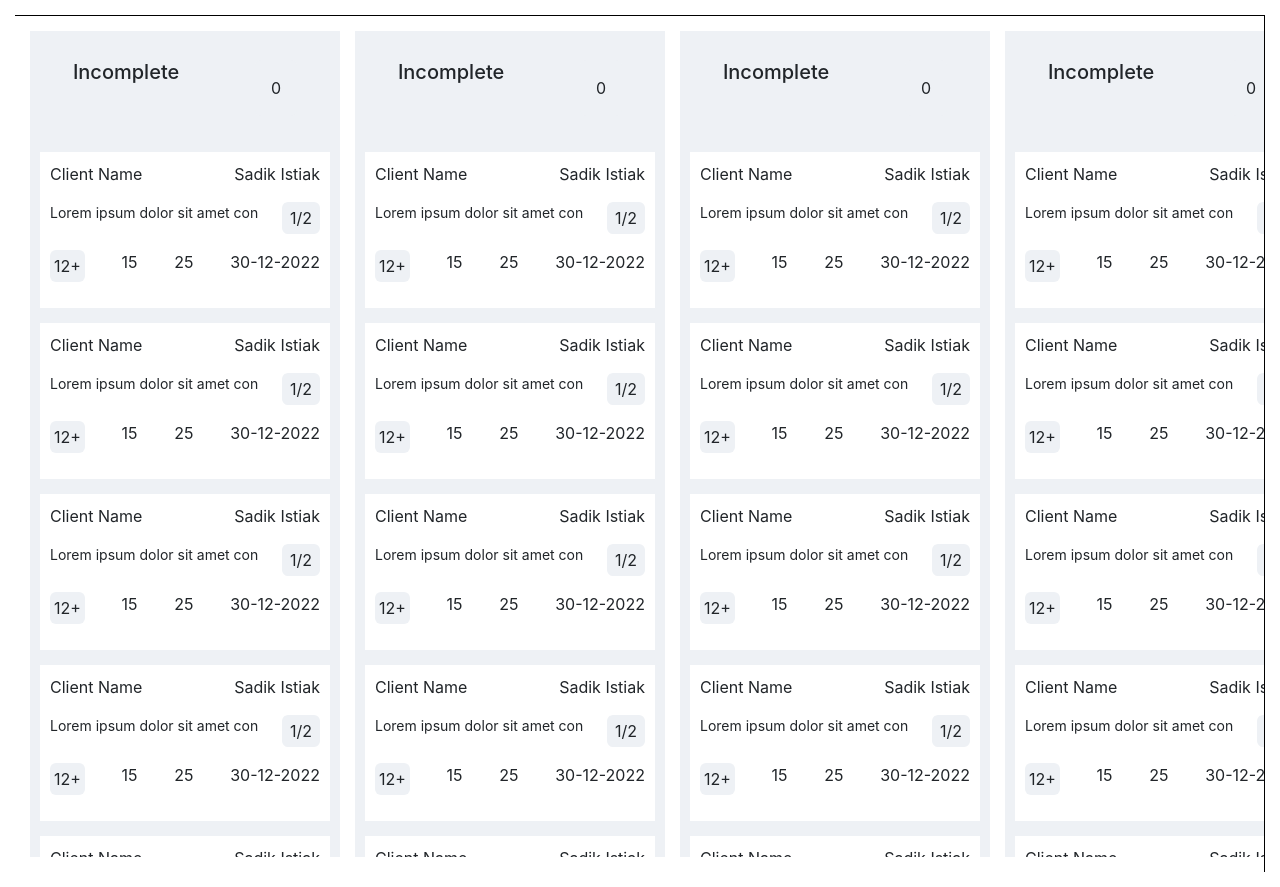
Repository: Sharif-00112/dashboard-task-frontend
Page: /
An editor plug-in stored every save of this project. The page is shown before and after the next save, followed by the edit.
The browser window is 1280 px wide. The pictures show the whole page.
The project was rebuilt for these pictures with package versions that can differ from the ones it lists, and the page was loaded fresh each time.

Above is the page before, as saved 2023-01-29 20:06:29.

### public/index.html
<!DOCTYPE html>
<html lang="en">
  <head>
    <meta charset="utf-8" />
    <link rel="icon" href="%PUBLIC_URL%/favicon.ico" />
    <meta name="viewport" content="width=device-width, initial-scale=1" />
    <meta name="theme-color" content="#000000" />
    <meta
      name="description"
      content="Web site created using create-react-app"
    />
    <!-- <script src="https://kit.fontawesome.com/eb9242a349.js" crossorigin="anonymous"></script>
    <link rel="stylesheet" href="https://kit.fontawesome.com/eb9242a349.css" crossorigin="anonymous"> -->

    <link rel="apple-touch-icon" href="%PUBLIC_URL%/logo192.png" />
    <!--
      manifest.json provides metadata used when your web app is installed on a
      user's mobile device or desktop. See https://developers.google.com/web/fundamentals/web-app-manifest/
    -->
    <link rel="manifest" href="%PUBLIC_URL%/manifest.json" />
    <!--
      Notice the use of %PUBLIC_URL% in the tags above.
      It will be replaced with the URL of the `public` folder during the build.
      Only files inside the `public` folder can be referenced from the HTML.

      Unlike "/favicon.ico" or "favicon.ico", "%PUBLIC_URL%/favicon.ico" will
      work correctly both with client-side routing and a non-root public URL.
      Learn how to configure a non-root public URL by running `npm run build`.
    -->
    <title>React App</title>
  </head>
  <body>
    <noscript>You need to enable JavaScript to run this app.</noscript>
    <div id="root"></div>
    <!--
      This HTML file is a template.
      If you open it directly in the browser, you will see an empty page.

      You can add webfonts, meta tags, or analytics to this file.
      The build step will place the bundled scripts into the <body> tag.

      To begin the development, run `npm start` or `yarn start`.
      To create a production bundle, use `npm run build` or `yarn build`.
    -->
  </body>
</html>

### src/index.js
import React from 'react';
import 'bootstrap/dist/css/bootstrap.css';
import ReactDOM from 'react-dom/client';
import './index.css';
import App from './App';
import reportWebVitals from './reportWebVitals';

const root = ReactDOM.createRoot(document.getElementById('root'));
root.render(
  <React.StrictMode>
    <App />
  </React.StrictMode>
);

// If you want to start measuring performance in your app, pass a function
// to log results (for example: reportWebVitals(console.log))
// or send to an analytics endpoint. Learn more: https://bit.ly/CRA-vitals
reportWebVitals();

### src/App.js
import './App.css';
import Dashboard from './Components/Dashboard';
import './Components/styles.css'

function App() {
  return (
    <div className="App">
      <Dashboard></Dashboard>
    </div>
  );
}

export default App;

### src/Components/Dashboard.js
import React from 'react';
import Incomplete from './Incomplete';

const Dashboard = () => {
    return (
        <div className='dashboard landing'  style={{overflowX:"scroll"}} >
            <Incomplete></Incomplete>
            <Incomplete></Incomplete>
            <Incomplete></Incomplete>
            <Incomplete></Incomplete>
            <Incomplete></Incomplete>
            <Incomplete></Incomplete>
        </div>
    );
};

export default Dashboard;

### src/Components/styles.css
.background{
    background-color: rgb(238, 241, 245);
}

.background-top{
    background-color: rgb(220, 228, 233);
}

.section-container{
    width: 310px;
    height: 100vh;
}

.task-part{
    display: flex;
    justify-content: space-between;
}

.task-title{
    display: flex;
    justify-content: space-around;
    padding: 5px;
}

.task{
    background-color: white;
    margin: 15px 10px;
    padding: 10px;
}

.dashboard{
    display: grid;
    grid-template-columns: 1fr 1fr 1fr 1fr 1fr 1fr;
    grid-gap: 15px;
}

.landing{
    border-top: 1px solid black;
    border-right: 1px solid black;
    padding: 15px;
    margin: 15px;
    width: auto;
}

### src/Components/Incomplete.js
import React, { useState } from 'react';
import { useEffect } from 'react';
import './styles.css';
import Task from './Task';

const Incomplete = () => {
    const [tasks, setTasks] = useState([]);
    useEffect( ()=> {
        fetch('./tasks.JSON')
        .then(res => res.json())
        .then(data => setTasks(data))
    } ,[])
    return (
        <div className='background pt-4'>
            <div className="task-title">
                <h5>Incomplete</h5>
                <p className='background p-3 rounded'>0</p>
            </div>
            <div style={{overflowY:"scroll"}} className="section-container">
                <div className="task-container">
                    {
                        tasks.map(task => <Task
                            key={task.taskNo}
                            task={task}
                        ></Task>)
                    }
                </div>
            </div>
        </div>
    );
};

export default Incomplete;

### src/Components/Task.js
import React from 'react';
import './styles.css';

const Task = (props) => {
    const {clientName, clientImg, supervisorName, supervisorImg, taskSummary, progress, staff1Img, staff2Img, modules, message, attachment, date} = props.task;
    return (
        <div className='task'>
            <div className="task-part">
                <p>{clientName}</p>
                <p>{supervisorName}</p>
            </div>
            <div className="task-part">
                <small>{taskSummary.substring(0,30)}</small>
                <p className='background px-2 py-1 rounded'>{progress}</p>
            </div>
            <div className="task-part">
                <p className='background p-1 rounded'>{modules}+</p>
                <p>{message}</p>
                <p>{attachment}</p>
                <p>{date}</p>
            </div>
        </div>
    );
};

export default Task;

### public/tasks.JSON
[
  {
    "taskNo": 1,
    "clientName": "Client Name",
    "clientImg": "clientIMG.jpg",
    "supervisorName": "Sadik Istiak",
    "supervisorImg": "supervisorIMG.jpg",
    "taskSummary": "Lorem ipsum dolor sit amet consectetur adipisicing elit. Pariatur velit nemo accusamus. Dolorum, doloribus quisquam unde repellat iusto voluptatum quasi?",
    "progress": "1/2",
    "staff1Img": "staff1.jpg",
    "staff2Img": "staff2.jpg",
    "modules": 12,
    "message": 15,
    "attachment": 25,
    "date": "30-12-2022"
  },
  {
    "taskNo": 2,
    "clientName": "Client Name",
    "clientImg": "clientIMG.jpg",
    "supervisorName": "Sadik Istiak",
    "supervisorImg": "supervisorIMG.jpg",
    "taskSummary": "Lorem ipsum dolor sit amet consectetur adipisicing elit. Pariatur velit nemo accusamus. Dolorum, doloribus quisquam unde repellat iusto voluptatum quasi?",
    "progress": "1/2",
    "staff1Img": "staff1.jpg",
    "staff2Img": "staff2.jpg",
    "modules": 12,
    "message": 15,
    "attachment": 25,
    "date": "30-12-2022"
  },
  {
    "taskNo": 3,
    "clientName": "Client Name",
    "clientImg": "clientIMG.jpg",
    "supervisorName": "Sadik Istiak",
    "supervisorImg": "supervisorIMG.jpg",
    "taskSummary": "Lorem ipsum dolor sit amet consectetur adipisicing elit. Pariatur velit nemo accusamus. Dolorum, doloribus quisquam unde repellat iusto voluptatum quasi?",
    "progress": "1/2",
    "staff1Img": "staff1.jpg",
    "staff2Img": "staff2.jpg",
    "modules": 12,
    "message": 15,
    "attachment": 25,
    "date": "30-12-2022"
  },
  {
    "taskNo": 4,
    "clientName": "Client Name",
    "clientImg": "clientIMG.jpg",
    "supervisorName": "Sadik Istiak",
    "supervisorImg": "supervisorIMG.jpg",
    "taskSummary": "Lorem ipsum dolor sit amet consectetur adipisicing elit. Pariatur velit nemo accusamus. Dolorum, doloribus quisquam unde repellat iusto voluptatum quasi?",
    "progress": "1/2",
    "staff1Img": "staff1.jpg",
    "staff2Img": "staff2.jpg",
    "modules": 12,
    "message": 15,
    "attachment": 25,
    "date": "30-12-2022"
  },
  {
    "taskNo": 5,
    "clientName": "Client Name",
    "clientImg": "clientIMG.jpg",
    "supervisorName": "Sadik Istiak",
    "supervisorImg": "supervisorIMG.jpg",
    "taskSummary": "Lorem ipsum dolor sit amet consectetur adipisicing elit. Pariatur velit nemo accusamus. Dolorum, doloribus quisquam unde repellat iusto voluptatum quasi?",
    "progress": "1/2",
    "staff1Img": "staff1.jpg",
    "staff2Img": "staff2.jpg",
    "modules": 12,
    "message": 15,
    "attachment": 25,
    "date": "30-12-2022"
  },
  {
    "taskNo": 6,
    "clientName": "Client Name",
    "clientImg": "clientIMG.jpg",
    "supervisorName": "Sadik Istiak",
    "supervisorImg": "supervisorIMG.jpg",
    "taskSummary": "Lorem ipsum dolor sit amet consectetur adipisicing elit. Pariatur velit nemo accusamus. Dolorum, doloribus quisquam unde repellat iusto voluptatum quasi?",
    "progress": "1/2",
    "staff1Img": "staff1.jpg",
    "staff2Img": "staff2.jpg",
    "modules": 12,
    "message": 15,
    "attachment": 25,
    "date": "30-12-2022"
  },
  {
    "taskNo": 7,
    "clientName": "Client Name",
    "clientImg": "clientIMG.jpg",
    "supervisorName": "Sadik Istiak",
    "supervisorImg": "supervisorIMG.jpg",
    "taskSummary": "Lorem ipsum dolor sit amet consectetur adipisicing elit. Pariatur velit nemo accusamus. Dolorum, doloribus quisquam unde repellat iusto voluptatum quasi?",
    "progress": "1/2",
    "staff1Img": "staff1.jpg",
    "staff2Img": "staff2.jpg",
    "modules": 12,
    "message": 15,
    "attachment": 25,
    "date": "30-12-2022"
  },
  {
    "taskNo": 8,
    "clientName": "Client Name",
    "clientImg": "clientIMG.jpg",
    "supervisorName": "Sadik Istiak",
    "supervisorImg": "supervisorIMG.jpg",
    "taskSummary": "Lorem ipsum dolor sit amet consectetur adipisicing elit. Pariatur velit nemo accusamus. Dolorum, doloribus quisquam unde repellat iusto voluptatum quasi?",
    "progress": "1/2",
    "staff1Img": "staff1.jpg",
    "staff2Img": "staff2.jpg",
    "modules": 12,
    "message": 15,
    "attachment": 25,
    "date": "30-12-2022"
  },
  {
    "taskNo": 9,
    "clientName": "Client Name",
    "clientImg": "clientIMG.jpg",
    "supervisorName": "Sadik Istiak",
    "supervisorImg": "supervisorIMG.jpg",
    "taskSummary": "Lorem ipsum dolor sit amet consectetur adipisicing elit. Pariatur velit nemo accusamus. Dolorum, doloribus quisquam unde repellat iusto voluptatum quasi?",
    "progress": "1/2",
    "staff1Img": "staff1.jpg",
    "staff2Img": "staff2.jpg",
    "modules": 12,
    "message": 15,
    "attachment": 25,
    "date": "30-12-2022"
  },
  {
    "taskNo": 10,
    "clientName": "Client Name",
    "clientImg": "clientIMG.jpg",
    "supervisorName": "Sadik Istiak",
    "supervisorImg": "supervisorIMG.jpg",
    "taskSummary": "Lorem ipsum dolor sit amet consectetur adipisicing elit. Pariatur velit nemo accusamus. Dolorum, doloribus quisquam unde repellat iusto voluptatum quasi?",
    "progress": "1/2",
    "staff1Img": "staff1.jpg",
    "staff2Img": "staff2.jpg",
    "modules": 12,
    "message": 15,
    "attachment": 25,
    "date": "30-12-2022"
  }
]

Loaded but not shown: src/index.css (common file); src/reportWebVitals.js (common file); src/App.css (common file)

After the next save:
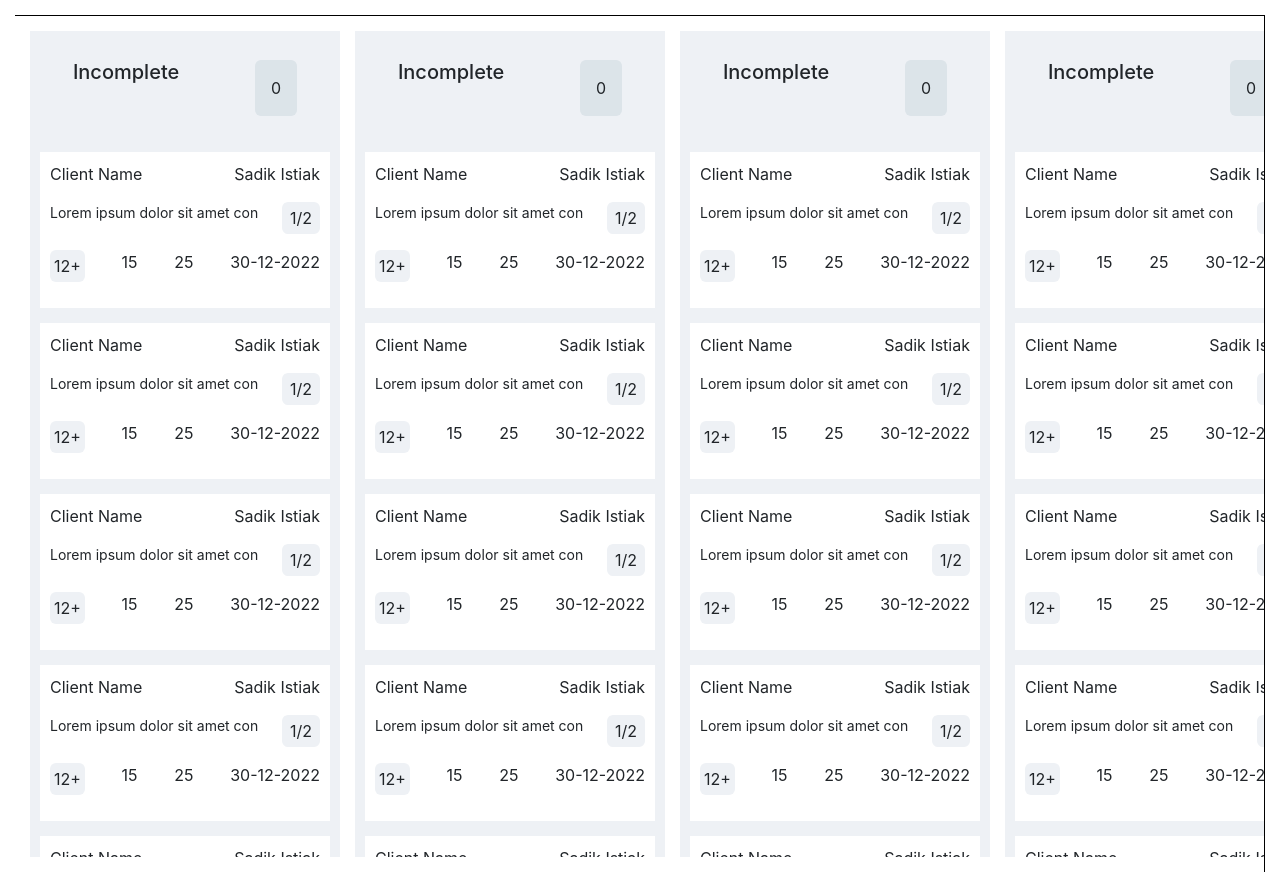
Saved 7 s later.
--- a/src/Components/Incomplete.js
+++ b/src/Components/Incomplete.js
@@ -14,7 +14,7 @@ const Incomplete = () => {
         <div className='background pt-4'>
             <div className="task-title">
                 <h5>Incomplete</h5>
-                <p className='background p-3 rounded'>0</p>
+                <p className='background-top p-3 rounded'>0</p>
             </div>
             <div style={{overflowY:"scroll"}} className="section-container">
                 <div className="task-container">
